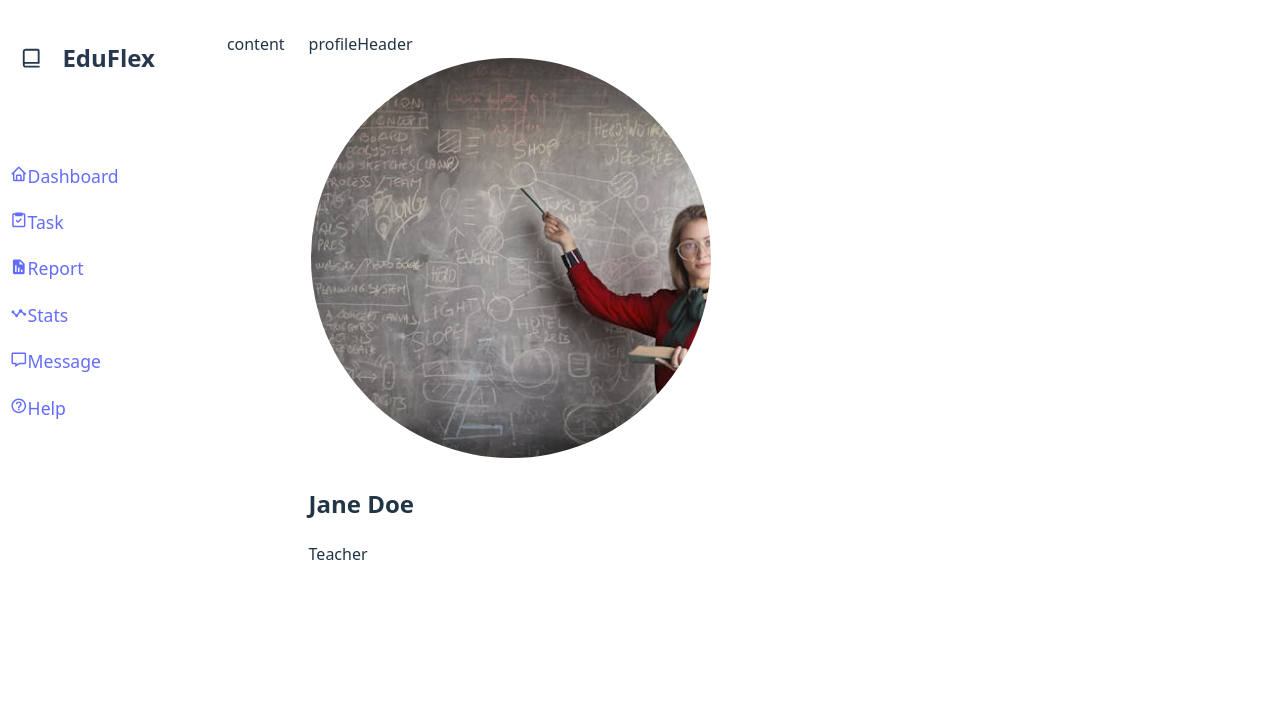
Repository: gogg23/react-dash
Page: /
The author's editor kept a copy of each file at every save. The page is drawn from the files as they stood at one save, then again after a run of saves.
The browser window is 1280 px wide. The pictures show the whole page.
The project was rebuilt for these pictures with package versions that can differ from the ones it lists, and the page was loaded fresh each time. Also part of the build but not shown: vite.config.js.

Above is the page before, as saved 2025-04-05 19:04:59.

After the next 5 saves:
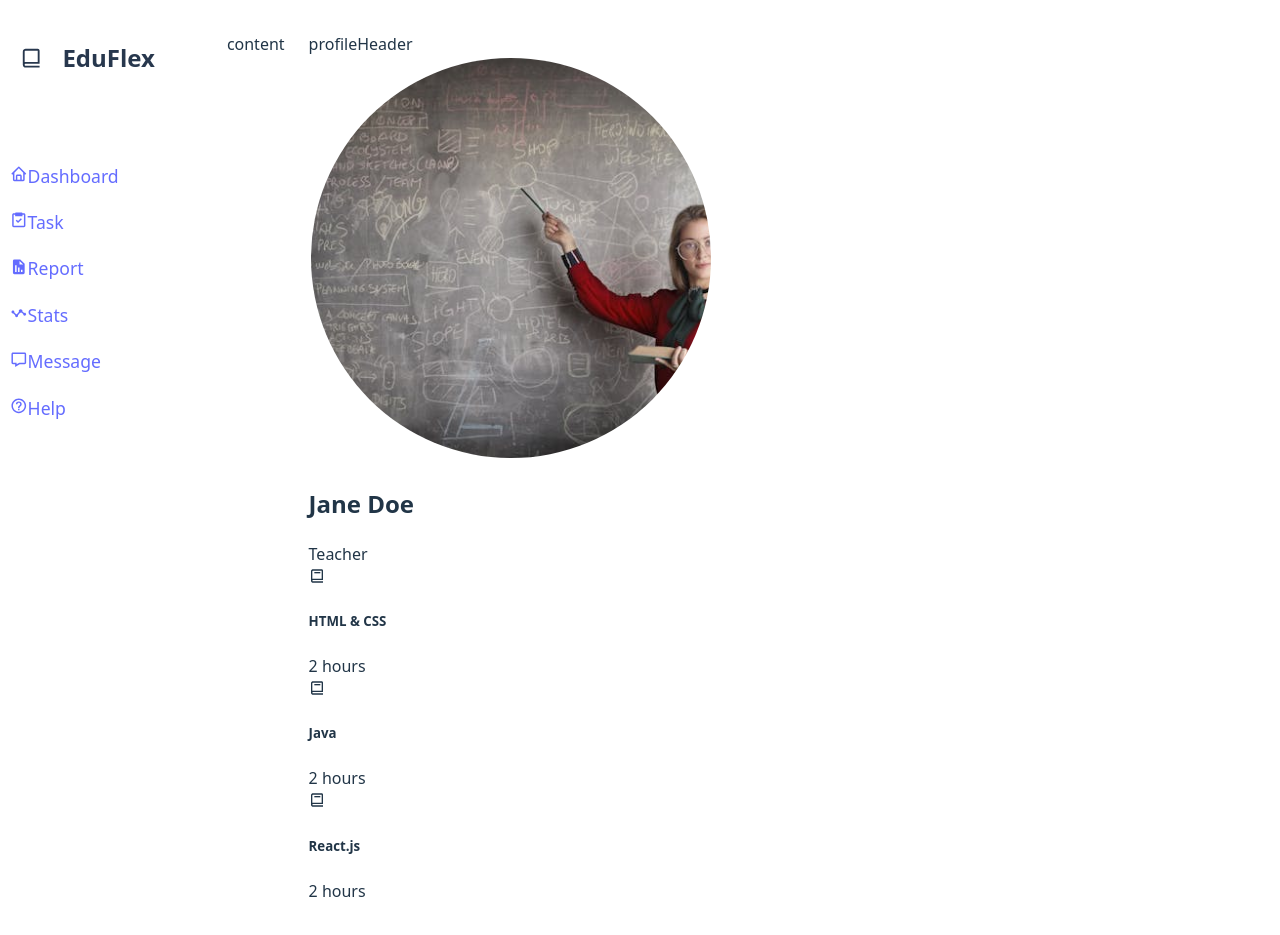
The 5 saves are shown as one change because 4 did not build or start.
The last was saved 79 min 7 s later.
--- a/src/components/Profile.jsx
+++ b/src/components/Profile.jsx
@@ -8,7 +8,17 @@ import { BiBook } from 'react-icons/bi';
 
 const courses = [
   {
-    title: 'English',
+    title: 'HTML & CSS',
+    duration: '2 hours',
+    icon: <BiBook />,
+  },
+  {
+    title: 'Java',
+    duration: '2 hours',
+    icon: <BiBook />,
+  },
+  {
+    title: 'React.js',
     duration: '2 hours',
     icon: <BiBook />,
   },
@@ -34,7 +44,19 @@ const Profile = () => {
         <h2 className='user--name'>Jane Doe</h2>
         <span className='profession'>Teacher</span>
       </div>
-      <div className='user-courses'></div>
+      <div className='user-courses'>
+        {courses.map((courses) => (
+          <div className='course'>
+            <div className='course--details'>
+              <div className='course--cover'>{courses.icon}</div>
+              <div className='course-name'>
+                <h5 className='title'>{courses.title}</h5>
+                <span className='duration'>{courses.duration}</span>
+              </div>
+            </div>
+          </div>
+        ))}
+      </div>
     </div>
   );
 };
